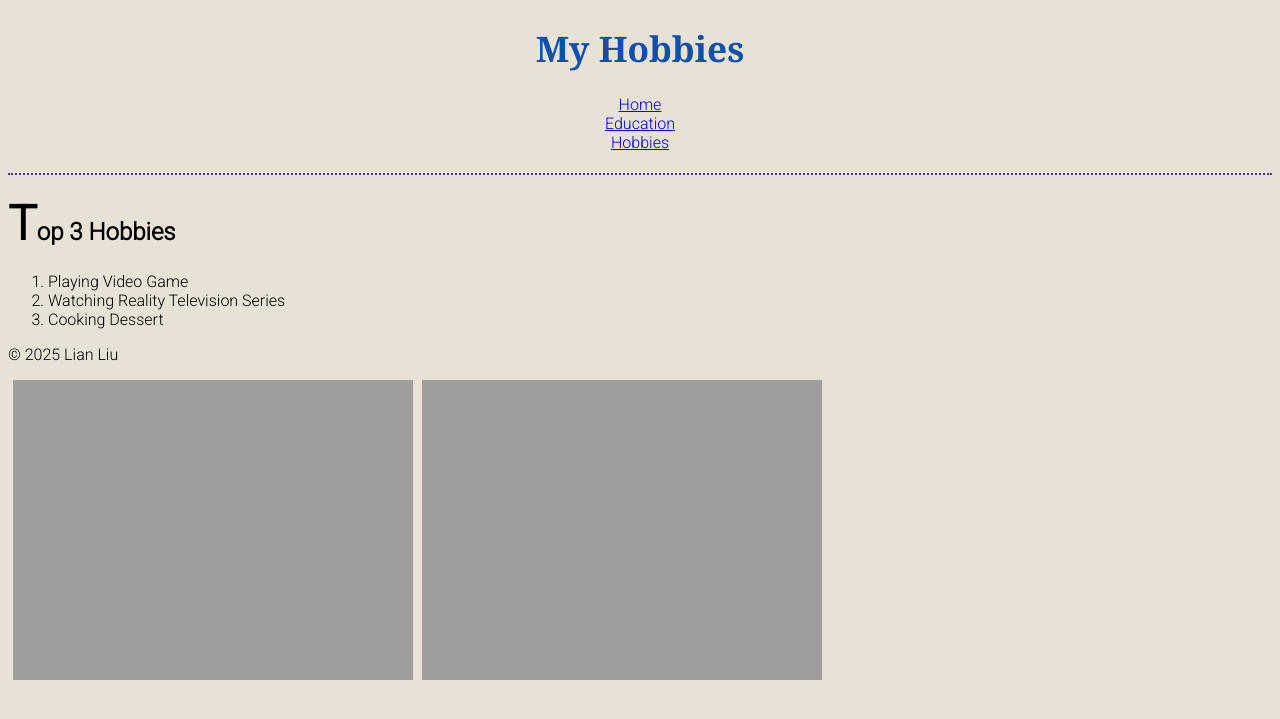
Repository: liulian26/CS5610
Page: assignment-1-liulian26/pages/hobbies.html
An editor plug-in stored every save of this project. The page is shown before and after the next save, followed by the edit.
The browser window is 1280 px wide. The pictures show the whole page.
Pictures or frames that could not be fetched are drawn as grey boxes.

Above is the page before, as saved 2025-02-01 00:23:30.

### assignment-1-liulian26/pages/hobbies.html
<!DOCTYPE html>
<html lang="en">
<head>
    <meta charset="UTF-8">
    <meta name="viewport" content="width=device-width, initial-scale=1.0">
    <title>Hobbies - My Portfolio</title>
    <link rel="stylesheet" href="../css/styles.css">
    <link rel="icon" href="../images/favicon.ico" type="image/x-icon">
</head>
<body>
    <header>
        <h1>My Hobbies</h1>
        <nav>
            <ul>
                <li><a href="../index.html">Home</a></li>
                <li><a href="education.html">Education</a></li>
                <li><a href="hobbies.html">Hobbies</a></li>
            </ul>
        </nav>
    </header>

    <main>
        <section>
            <h2>Top 3 Hobbies</h2>
            <ol>
                <li>Playing Video Game</li>
                <li>Watching Reality Television Series</li>
                <li>Cooking Dessert</li>
            </ol>
        </section>

    </main>

    <footer>
        <p>&copy; 2025 Lian Liu</p>
        <a href="https://github.com/liulian26" target="_blank">
            <i class="fab fa-github"></i>
        </a>
        <a href="mailto:liu.lian1@northeastern.edu">
            <i class="fas fa-envelope"></i>
        </a>
    </footer>
</body>
</html>

### assignment-1-liulian26/css/styles.css
@import url('https://fonts.googleapis.com/css2?family=Roboto:wght@300&display=swap');

header {
    text-align: center;
    border-bottom: 2px dotted darkslateblue;
    padding-bottom: 5px;

}

#role {
    font-weight: bold;
}

h1 {
    color: #1050aa;
    font-family: Georgia, 'Times New Roman', Times, serif;
    font-size: 2.2em;
}

nav ul {
    list-style-type: none;
    padding: 0;
    text-align: center;
}

body {
    background-color: rgb(231, 225, 214);
    font-family: 'Roboto', sans-serif;
}

.about {
    border: 2px dashed brown;
    margin: 10px 0;
}

.projects {
    border: 2px dashed brown;
    margin: 10px 0;
}

a[href*="github"]:hover {
    color: crimson;
}

a[href*="github"]::after {
    content: url(../images/GitHub-Mark-32px.png);
    margin-left: 5px;
    vertical-align: middle;
}

h2::first-letter {
    font-size: 3rem;
}

header a:nth-of-type(2) {
    margin-left: 20px;
}


.education .education-list > li:first-child {
    font-style: italic;
  }

  .skills li {
    list-style-type: none;
  }

.experience > ul > li~li {
    color: darkgreen;
}

a[href$=".edu"]::before {
    content: url(../images/link.png);
    margin-left: 5px;
    vertical-align: middle;
}

.skills li:last-child {
    font-size: 1.3rem;
    background-color: rgba(120, 120, 120, 0.2);
}

header a:visited {
    color: rgb(237, 122, 127);
}

After the next save:
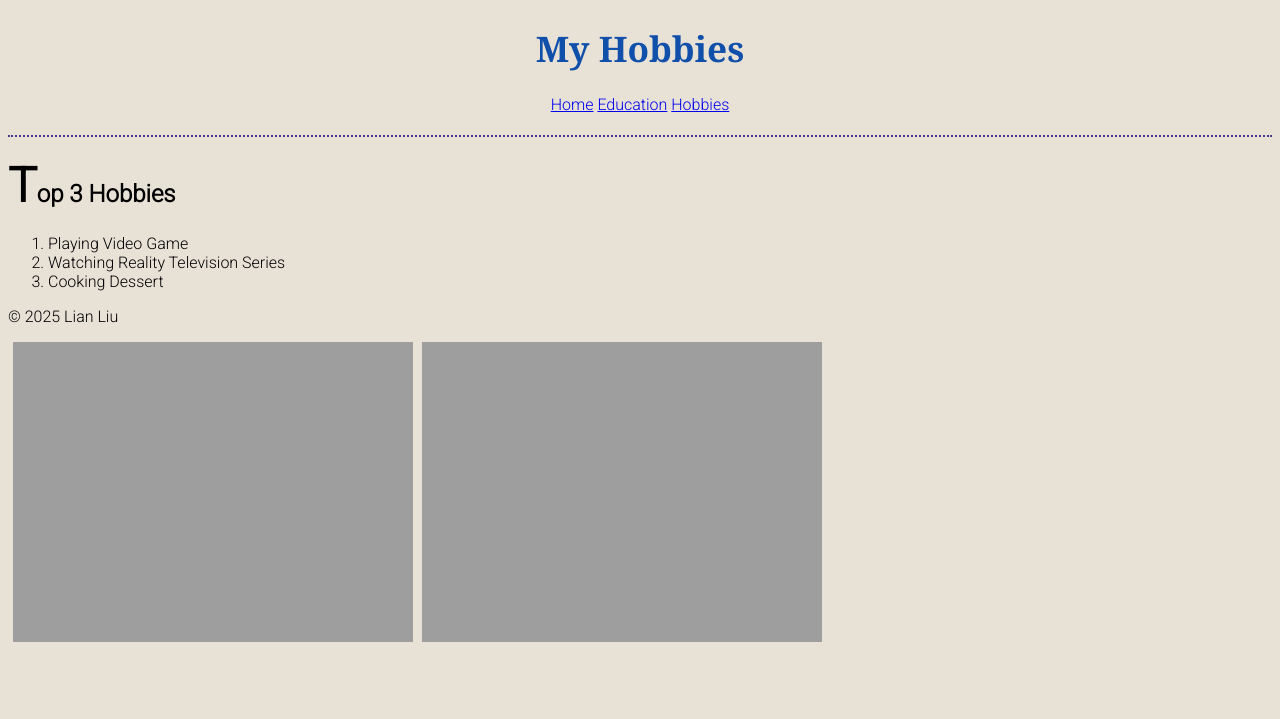
Saved 71 s later.
--- a/assignment-1-liulian26/css/styles.css
+++ b/assignment-1-liulian26/css/styles.css
@@ -21,6 +21,11 @@ nav ul {
     list-style-type: none;
     padding: 0;
     text-align: center;
+}
+
+nav ul li {
+    display: inline;
+    margin-right: 0 15px;
 }
 
 body {
